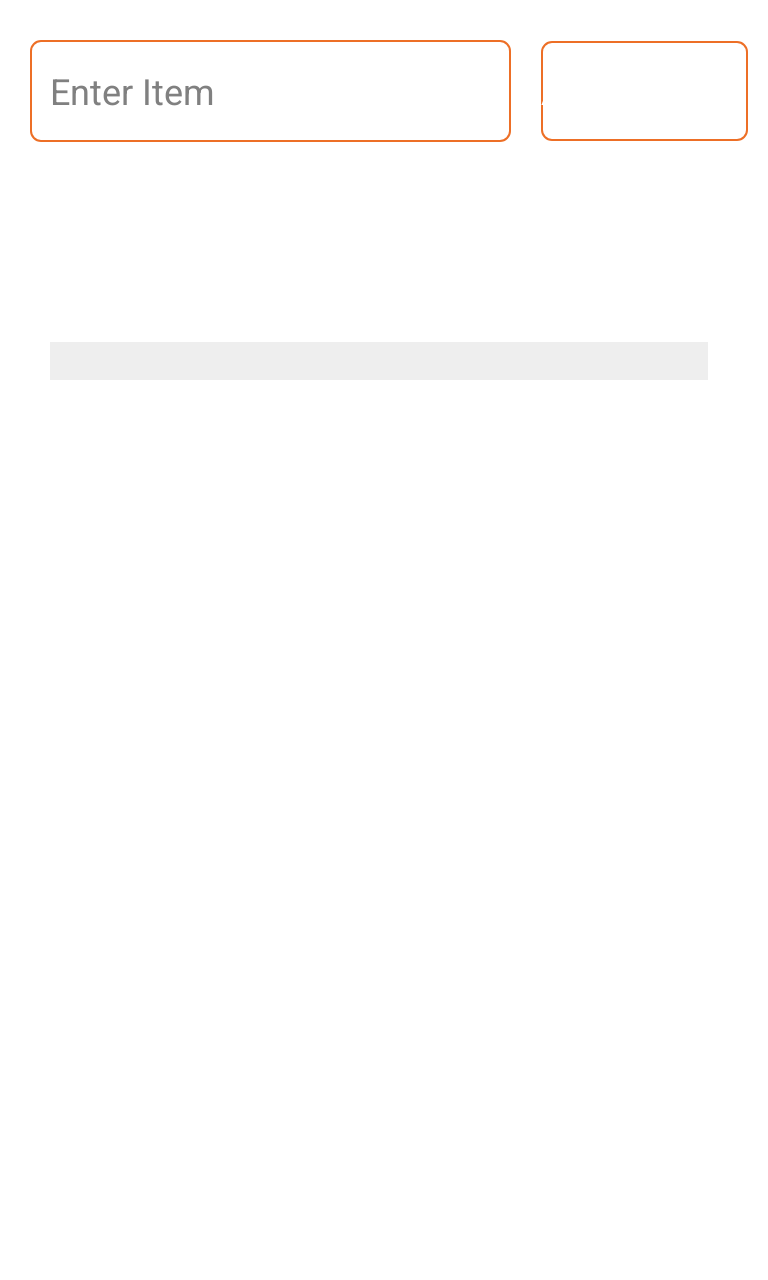
Repository: ianDervan/FYP_ShopSmart
Layout: FYP/ShopSmart/res/layout/activity_shopping_list.xml
These files come from the project's save history. The layout is drawn as it stood at one moment and after the next save; the edit follows.
It is drawn on a 768 x 1280 px phone screen (xhdpi) without system bars, with theme AppTheme; the app's code is not run.

Above is the layout before, as saved 2015-01-16 20:55:27.

After the next save:
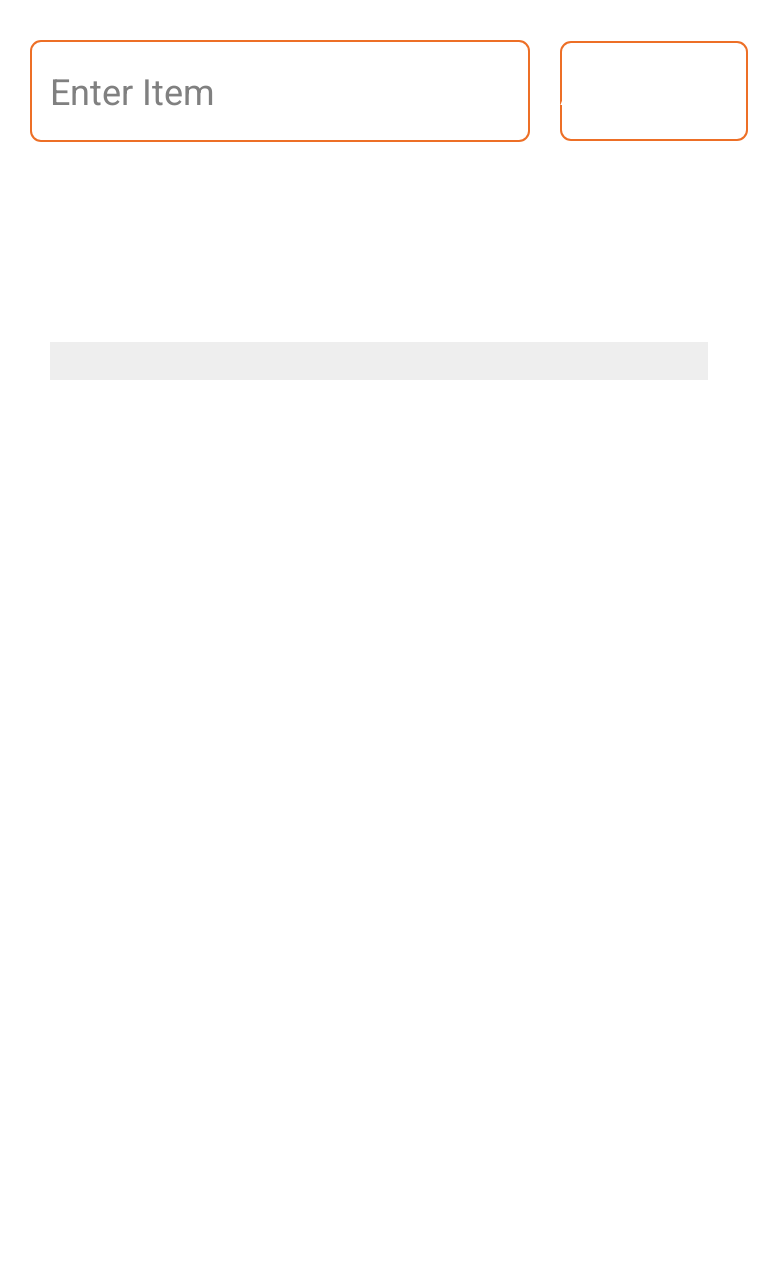
Saved 15 s later.
--- a/FYP/ShopSmart/res/layout/activity_shopping_list.xml
+++ b/FYP/ShopSmart/res/layout/activity_shopping_list.xml
@@ -12,11 +12,11 @@
 
         <AutoCompleteTextView
             android:id="@+id/autocomplete_country"
-            android:layout_width="dp"
+            android:layout_width="0dp"
             android:layout_height="51dp"
             android:layout_marginLeft="5dp"
             android:layout_marginTop="10dp"
-            android:layout_weight=".7"
+            android:layout_weight=".8"
             android:background="@drawable/customeditext"
             android:dropDownWidth="340dp"
             android:hint="Enter Item"
